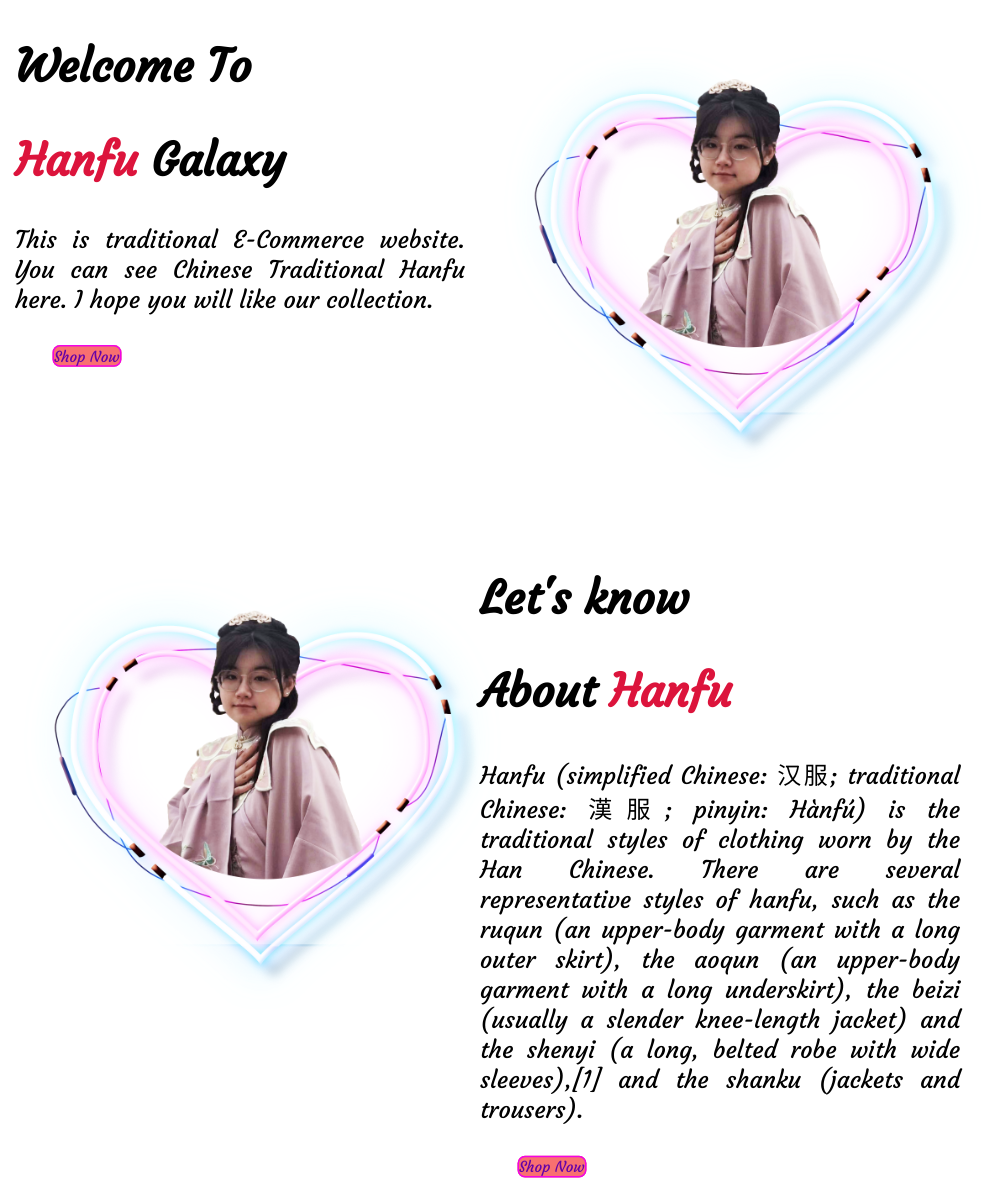
Repository: ramizraaz/E-Commerce
Page: index.html
The author's editor kept a copy of each file at every save. The page is drawn from the files as they stood at one save, then again after the next save.
The browser window is 1280 px wide. The page is 1340 px wide, so the pictures cover 1340 px, including what lies to the right of the window. The pictures show the whole page, at 75% of full size.

Above is the page before, as saved 2022-02-06 21:20:40.

### index.html
<!DOCTYPE html>
<html lang="en">

<head>
    <meta charset="UTF-8">
    <meta http-equiv="X-UA-Compatible" content="IE=edge">
    <meta name="viewport" content="width=device-width, initial-scale=1.0">
    <title>Document</title>
    <link rel="stylesheet" href="main.css">
</head>

<body>
    <section class="top">
        <div class="container">
            <h1>Welcome To </h1>
            <h1><span> Hanfu </span>Galaxy</h1>
            <p>This is traditional E-Commerce website. You can see Chinese Traditional Hanfu here. I hope you will like our collection.
            </p>
            <a href="index.html">Shop Now</a>
        </div>
        <div class="container">
            <img src="images/bg-1.png" alt="showart">
        </div>
    </section>
    <section class="mid">
        <div class="container">
            <img src="images/bg-1.png" alt="showart">
        </div>
        <div class="container">
            <h1>Let's know </h1>
            <h1>About<span> Hanfu </span></h1>
            <p>Hanfu (simplified Chinese: 汉服; traditional Chinese: 漢服; pinyin: Hànfú) is the traditional styles of clothing worn by the Han Chinese. There are several representative styles of hanfu, such as the ruqun (an upper-body garment with a long outer
                skirt), the aoqun (an upper-body garment with a long underskirt), the beizi (usually a slender knee-length jacket) and the shenyi (a long, belted robe with wide sleeves),[1] and the shanku (jackets and trousers).
            </p>
            <a href="index.html">Shop Now</a>
        </div>
    </section>
</body>

</html>

### main.css
@import url('https://fonts.googleapis.com/css2?family=Courgette&display=swap');
body {
    font-family: 'Courgette', cursive;
    margin: 0;
    font-size: 2rem;
}

h1 {
    font-size: 60px;
}

p {
    text-align: justify;
}

span {
    color: crimson;
}

img {
    width: 700px;
}

a {
    text-decoration: none;
    border: 2px solid #f104e6;
    border-radius: 10px;
    font-size: 20px;
    margin-left: 50px;
    background-color: rgba(243, 7, 7, 0.575);
    color: rgb(101, 2, 167);
}

.top {
    display: flex;
}

.container {
    width: 50%;
    padding-left: 20px;
}

.mid {
    display: flex;
}

.mid .container {
    padding: 0px;
}

After the next save:
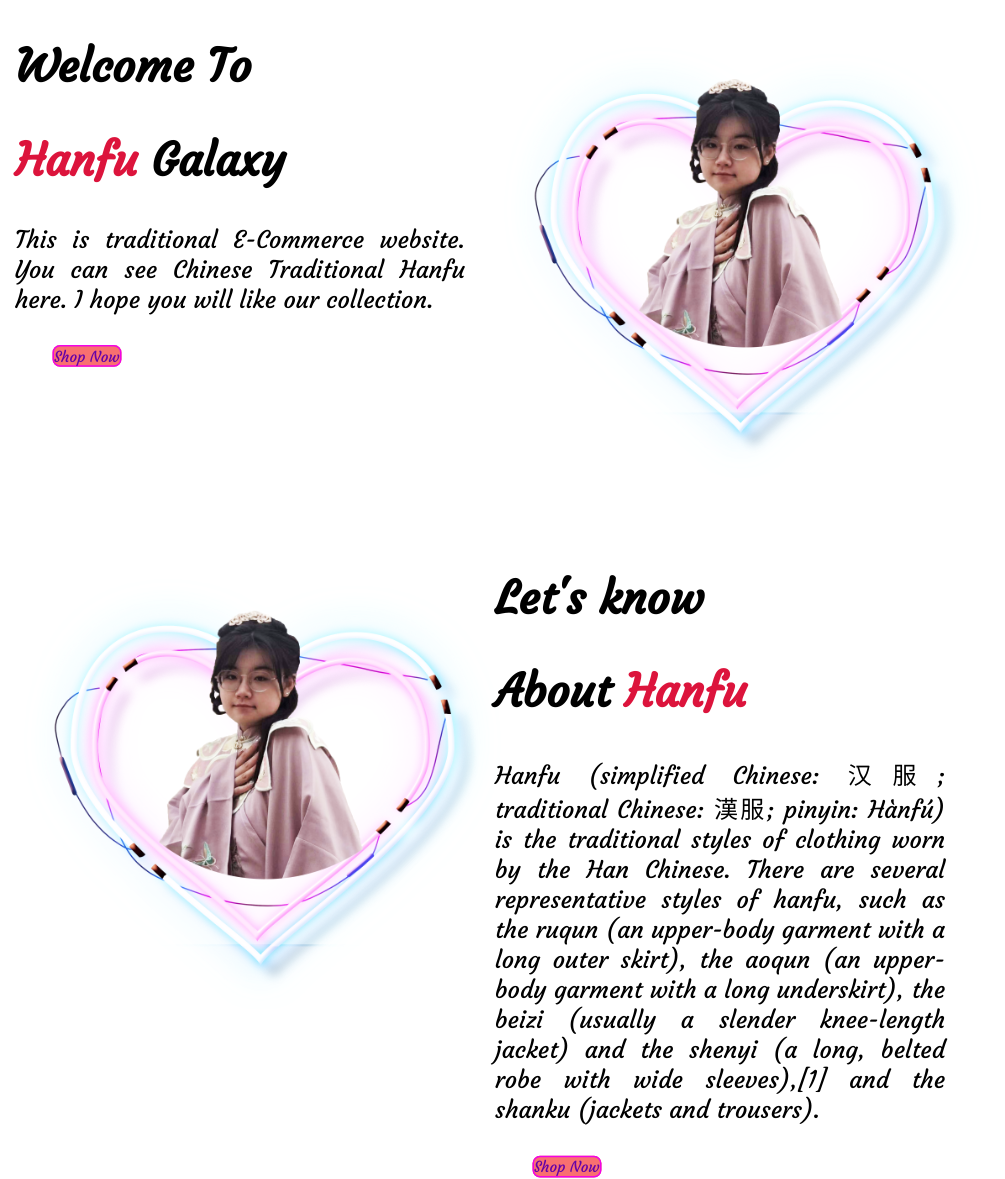
Saved 39 s later.
--- a/main.css
+++ b/main.css
@@ -45,5 +45,5 @@ a {
 }
 
 .mid .container {
-    padding: 0px;
+    padding: 0px 20px 0px 0px;
 }
